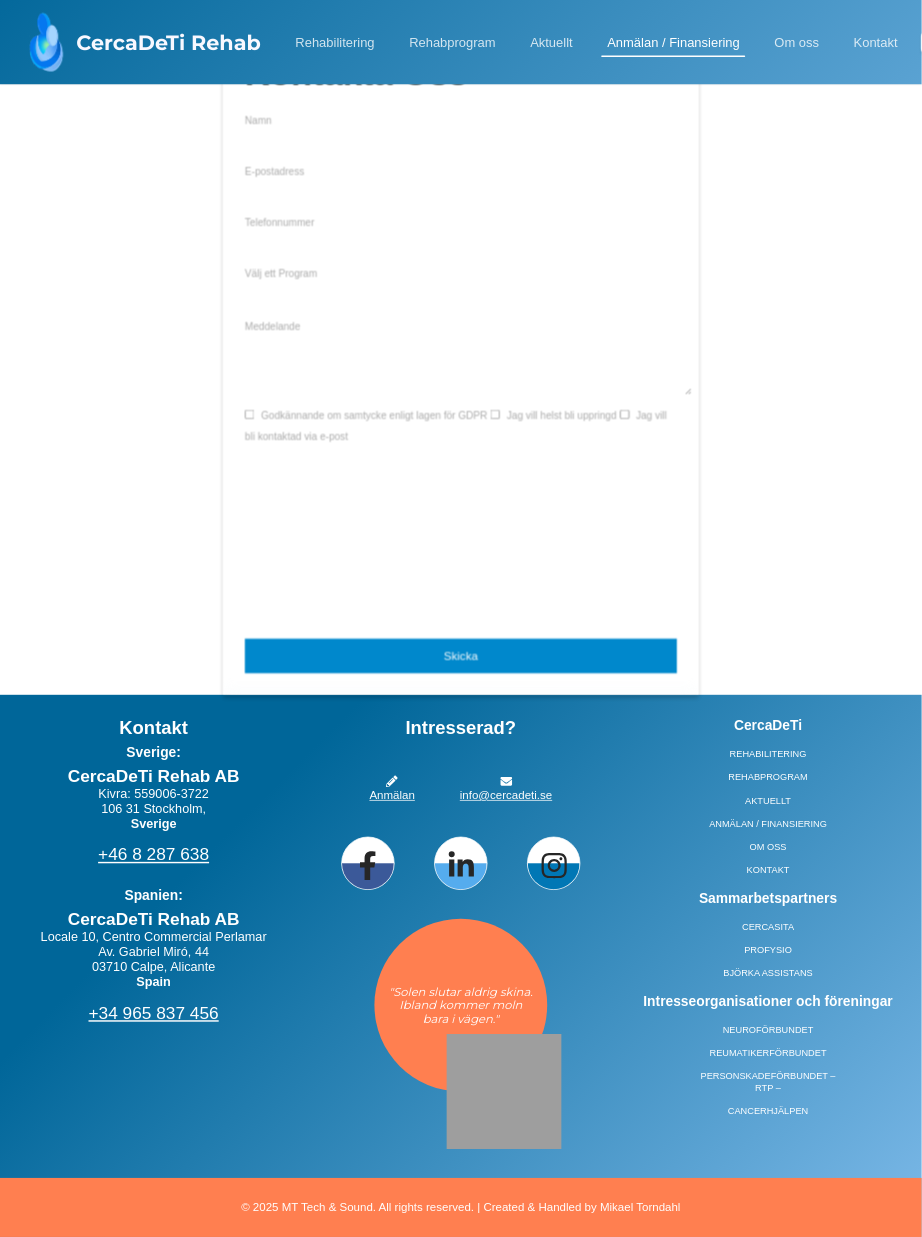
Repository: micketorndahl/CercaDeTi-rehab
Page: anmalan-form.html
The author's editor kept a copy of each file at every save. The page is drawn from the files as they stood at one save, then again after a run of saves.
The browser window is 1280 px wide. The pictures show the whole page, at 72% of full size.
Pictures or frames that could not be fetched are drawn as grey boxes. The page's requests for data from a server got no answer. Some web fonts or font styles are not loaded; a fallback is used. Some web libraries are served in a nearby version.

Above is the page before, as saved 2025-02-01 18:27:15.
Console error: TypeError: Cannot read properties of null (reading 'addEventListener')

### anmalan-form.html
<!DOCTYPE html>
<html lang="en">
  <head>
    <meta charset="UTF-8" />
    <meta name="viewport" content="width=device-width, initial-scale=1.0" />

    <link
      rel="stylesheet"
      href="https://use.fontawesome.com/releases/v5.6.3/css/all.css"
      integrity="sha384-UHRtZLI+pbxtHCWp1t77Bi1L4ZtiqrqD80Kn4Z8NTSRyMA2Fd33n5dQ8lWUE00s/"
      crossorigin="anonymous"
    />

    <script src="https://cdnjs.cloudflare.com/ajax/libs/font-awesome/5.15.4/js/all.min.js"></script>

    <link rel="stylesheet" href="style.css" />
    <link rel="stylesheet" href="tailwind.css" />
    <title>CercaDeTi Rehab</title>
  </head>
  <body>
    <div class="site-container">
      <header class="header">
        <div class="logo-wrapper">
          <div class="logo">
            <div class="logo-and-text">
              <a href="index.html">
                <img src="/images/cropped-CDTR.gif" alt="Logo" />
                <h1 class="cercadeti">CercaDeTi Rehab</h1>
              </a>
            </div>
          </div>
        </div>

        <nav class="main-nav">
          <div class="nav-container">
            <ul>
              <li>
                <a href="rehabilitering.html">Rehabilitering</a>
              </li>
              <li><a href="rehabprogram.html">Rehabprogram</a></li>
              <li><a href="aktuellt.html">Aktuellt</a></li>
              <li>
                <a href="anmalan-finans.html" class="active"
                  >Anmälan / Finansiering</a
                >
              </li>
              <li><a href="om-oss.html">Om oss</a></li>
              <li><a href="kontakt.html">Kontakt</a></li>
            </ul>
          </div>
        </nav>

        <div class="social-container">
          <div class="social">
            <ul>
              <li>
                <a href="https://www.facebook.com/CercadetiRehab/"
                  ><i class="fab fa-facebook-f icon"></i
                ></a>
              </li>
              <li>
                <a href="https://www.linkedin.com/company/cercadeti-rehab-ab"
                  ><i class="fab fa-linkedin-in icon"></i
                ></a>
              </li>
              <li>
                <a href="https://www.instagram.com/cercadetirehab/"
                  ><i class="fab fa-instagram icon"></i
                ></a>
              </li>
            </ul>
          </div>
        </div>
      </header>

      <div class="content">
        <div class="form-container">
          <form class="contact-form">
            <h2>Kontakta Oss</h2>

            <label for="name">Namn</label>
            <input type="text" id="name" name="name" required />

            <label for="email">E-postadress</label>
            <input type="email" id="email" name="email" required />

            <label for="phone">Telefonnummer</label>
            <input type="tel" id="phone" name="phone" required />

            <label for="program">Välj ett Program</label>
            <select id="program" name="program" required>
              <option value="neurorehab">Neurorehab</option>
              <option value="reumarehab">Reumarehab</option>
              <option value="cancerrehab">Cancerrehab</option>
              <option value="stressrehab">Stressrehab</option>
              <option value="närståendeprogram">Närståendeprogram</option>
            </select>

            <label for="message">Meddelande</label>
            <textarea id="message" name="message" rows="4" required></textarea>

            <div class="checkbox-container">
              <input type="checkbox" id="gdpr" name="gdpr" required />
              <label for="gdpr"
                >Godkännande om samtycke enligt lagen för GDPR</label
              >

              <input type="checkbox" id="call" name="call" />
              <label for="call">Jag vill helst bli uppringd</label>

              <input type="checkbox" id="emailContact" name="emailContact" />
              <label for="emailContact"
                >Jag vill bli kontaktad via e-post</label
              >
            </div>

            <p class="info-text">
              Du är alltid välkommen att kontakta oss. Dina uppgifter hanteras
              enligt vår Integritetspolicy och samtycke enligt GDPR när du
              sänder information till oss.
            </p>

            <button type="submit" class="submit-btn">Skicka</button>
          </form>
        </div>
      </div>

      <!-- FOOTER START -->
      <footer class="footer-container">
        <div class="footer-top">
          <div class="footarea1 footer-shared">
            <h3>Kontakt</h3>

            <address class="address-shared address-se">
              <h5>Sverige:</h5>
              <strong
                ><span class="address-company-name"
                  >CercaDeTi Rehab AB</span
                ></strong
              ><br />
              <span class="address-location">Kivra: 559006-3722</span><br />
              <span class="address-city">106 31 Stockholm,</span><br />
              <span class="address-country"
                ><strong>Sverige</strong><br
              /></span>
              <br />
              <span class="telephone"
                ><a href="tel:+468287638">+46 8 287 638</a></span
              >
            </address>

            <div class="address-shared address-es">
              <address>
                <h5>Spanien:</h5>
                <strong
                  ><span class="address-company-name"
                    >CercaDeTi Rehab AB</span
                  > </strong
                ><br />
                <span class="address-location"
                  >Locale 10, Centro Commercial Perlamar</span
                ><br />
                <span class="address-street">Av. Gabriel Miró, 44</span><br />
                <span class="address-city">03710 Calpe, Alicante<br /></span>
                <span class="address-country"
                  ><strong>Spain</strong><br
                /></span>
                <br />
                <span class="telephone"
                  ><a href="tel:+34965837456">+34 965 837 456</a></span
                >
              </address>
            </div>
          </div>
          <div class="footarea2 footer-shared">
            <h3>Intresserad?</h3>
            <div class="footarea2-links">
              <a href=""><i class="fas fa-pencil-alt"></i> Anmälan</a>
              <a href="mailto:info@cercadeti.se"
                ><i class="fas fa-envelope"></i> info@cercadeti.se</a
              >
            </div>
            <div class="social-footer">
              <ul>
                <li>
                  <a href="https://www.facebook.com/CercadetiRehab/">
                    <i class="fab fa-facebook-f icon"></i>
                  </a>
                </li>

                <li>
                  <a href="https://www.linkedin.com/company/cercadeti-rehab-ab"
                    ><i class="fab fa-linkedin-in icon"></i
                  ></a>
                </li>
                <li>
                  <a href="https://www.instagram.com/cercadetirehab/"
                    ><i class="fab fa-instagram icon"></i
                  ></a>
                </li>
              </ul>
            </div>
            <div class="image-container-footer">
              <div class="image-wrapper">
                <p class="footer-quote">
                  "Solen slutar aldrig skina. Ibland kommer moln bara i vägen."
                </p>
                <img src="images/weelchair.icon.png" alt="wheelchair-icon" />
              </div>
            </div>
          </div>
          <div class="footarea3 footer-shared">
            <nav class="footer-nav">
              <div class="link-column1">
                <h4>CercaDeTi</h4>
                <ul>
                  <li><a href="rehabilitering.html">Rehabilitering</a></li>
                  <li><a href="rehabprogram.html">Rehabprogram</a></li>
                  <li><a href="aktuellt.html">Aktuellt</a></li>
                  <li>
                    <a href="anmalan-finans.html">Anmälan / Finansiering</a>
                  </li>
                  <li><a href="om-oss.html">Om oss</a></li>
                  <li><a href="kontakt.html">Kontakt</a></li>
                </ul>
              </div>

              <div class="link-column2">
                <h4>Sammarbetspartners</h4>
                <ul>
                  <li><a href="https://cercasita.com/">Cercasita</a></li>
                  <li><a href="https://profysio.es/">ProFysio</a></li>
                  <li>
                    <a href="https://www.bjorka-assistans.se/"
                      >Björka Assistans</a
                    >
                  </li>
                </ul>
              </div>

              <div class="link-column3">
                <h4>Intresseorganisationer och föreningar</h4>
                <ul>
                  <li><a href="https://neuro.se/">Neuroförbundet</a></li>
                  <li>
                    <a href="https://reumatiker.se/">Reumatikerförbundet</a>
                  </li>
                  <li>
                    <a href="https://rtp.se/">Personskadeförbundet – RTP – </a>
                  </li>
                  <li>
                    <a href="http://www.cancerhjalpen.se/">Cancerhjälpen</a>
                  </li>
                </ul>
              </div>
            </nav>
          </div>
        </div>
        <div class="footer-bottom">
          <div class="copyright">
            &copy; 2025 MT Tech &amp; Sound. All rights reserved. | Created
            &amp; Handled by Mikael Torndahl
          </div>
          <div class="additional-info"></div>
        </div>
      </footer>
      <!-- FOOTER END -->
    </div>
    <!-- SCRIPT SRCS -->
    <script src="js/script.js"></script>
    <script src="js/weather-api.js"></script>
  </body>
</html>

### style.css
@import url("css/reset.css");
@import url("css/standard.css");
@import url("css/variables.css");
@import url("css/typography.css");
@import url("css/layout.css");
@import url("css/navigation.css");
@import url("css/post.css");
@import url("css/footer.css");
@import url("css/searchbox.css");
@import url("css/page-templates.css");
@import url("css/mq-tablet.css");
@import url("css/mq-phone.css");
@import url("css/effects.css");

### css/standard.css
/*
/* STANDARD
*/

html {
  scroll-behavior: smooth;
}

a {
  text-decoration: none;
}

[class*="fa"]:not([class*="fab"]) {
  display: block;
  margin: 0 auto;
  padding: 0.2rem;
}

### css/typography.css
/*
/* HEADLINES
*/

body {
  background-color: var(--white);
  color: var(--gray-paragraph);
  font-style: normal;
}

.content p,
.container-index p {
  font-size: 1.5rem;
  font-weight: 300;
  white-space: pre-wrap;
  text-align: center;
  margin: 0.5rem;
  word-wrap: break-word;
  line-height: 1.5;
}

body,
.content p,
container-index p,
.address-company-name,
address span,
h1,
h2,
h3,
h4,
h5,
h6 {
  font-family: var(--font-secondary), sans-serif;
  margin: 0;
  padding: 0;
}

h1,
h2,
h3,
h4,
h5,
h6 {
  font-weight: bold;
}

h1 {
  font-size: 2rem;
}
h2 {
  font-size: calc(5rem + 1vw);
}

h3 {
  font-size: 1.6rem;
  color: var(--white);
  margin-bottom: 0.5rem;
}
h4 {
  font-size: 1.2rem;
  color: var(--white);
  margin-bottom: 0.5rem;
}
h5 {
  font-size: 1.2rem;
  font-style: normal;
  padding: 0;
}
h6 {
  font-size: 1rem;
}

.banner-content h2 {
  font-family: var(--font-ten), sans-serif;
  font-size: 6rem;
  font-style: bold;
  line-height: 1.2;
  margin-top: 0.5rem;
  color: var(--white);
}

.address-company-name {
  font-size: 1.5rem;
  font-weight: bold;
  font-style: normal;
}

address span {
  font-style: normal;
  font-size: 1.1rem;
  font-weight: 400;
  margin: 0;
  padding: 0;
}

### css/layout.css
/*
/* LAYOUT
*/

.site-container {
  flex: 1;
  display: flex;
  flex-direction: column;
  margin: 0 auto;
  width: 100%;
}

.header {
  background: linear-gradient(
    135deg,
    var(--color-quaternary) 25%,
    var(--color-tertiary) 100%
  );
  background-size: 200% 100%;
  display: flex;
  justify-content: space-between;
  align-items: center;
  margin: 0;
  z-index: 1000;
  width: 100%;
  position: fixed;
  box-shadow: 0 1px 3px rgba(0, 0, 0, 0.1), 0 1px 2px rgba(0, 0, 0, 0.06);
  animation: shineEffect 7s infinite linear;
}

.header > div {
  flex: 1; /* Makes each section take up equal space */
}

.logo-wrapper {
  display: flex;
  flex-direction: row;
  justify-content: center;
  flex-grow: 1;
  flex-shrink: 0;
  position: relative;
  animation: shineEffect 4s ease-in-out infinite;
}

@keyframes shineEffect {
  0% {
    background-position: 0% 50%;
    box-shadow: 0 0 10px var(--background-color-blue);
  }
  50% {
    background-position: 100% 50%;
    box-shadow: 0 0 20px var(--background-color-light-blue);
  }
  100% {
    background-position: 0% 50%;
    box-shadow: 0 0 10px var(--background-color-blue);
  }
}

.logo {
  display: flex;
  flex-direction: row;
  align-items: center;
  padding: 0;
}

.logo img {
  width: 50px;
  height: 85px;
  transition: transform 0.3s ease-in-out, filter 0.3s ease-in-out;
  padding: 0 1rem;
}

.logo img {
  animation: pulse 2.5s infinite;
}

@keyframes pulse {
  0%,
  100% {
    transform: scale(1);
    filter: brightness(1) hue-rotate(0deg) saturate(1);
  }
  50% {
    transform: scale(1.05);
    filter: brightness(1.1) hue-rotate(10deg) saturate(1.3);
  }
}

.logo-and-text {
  display: flex;
  flex-direction: row;
  justify-content: center;
  align-items: center;
  margin: 0;
  padding: 1rem 1.5rem;
}

.logo-and-text a {
  display: flex;
  flex-direction: row;
  align-items: center;
}

h1.cercadeti {
  font-family: var(--font-eight), sans-serif;
  font-size: 1.8rem;
  font-weight: 700;
  color: var(--ghost-white);
  white-space: nowrap;
}

.ctas-container {
  display: flex;
  justify-content: center;
  align-items: center;
}

.button-CTA {
  background-color: var(--color-secondary);
  padding: 1rem 2.6rem;
  border-radius: 3rem;
  box-shadow: rgba(0, 0, 0, 0.1) 0 2px 4px;
  color: #ffffff;
  font-family: Pontano Sans, sans-serif;
  font-size: 1rem;
  font-weight: 500;
  outline: 0;
  text-align: center;
  text-transform: uppercase;
  text-decoration: none;
  margin: 2rem 0.5rem;
  border: 0;
  cursor: pointer;
  transition: all 0.3s ease-in-out;
  position: relative;
  z-index: 1;
  transform-origin: center;
}

/* First button: Transparent effect on hover */
.button-CTA:nth-of-type(1) {
  background-color: var(--color-primary);
}

.button-CTA:nth-of-type(1):hover {
  background-color: rgba(227, 227, 227, 0.1);
  color: white;
  /* Use outline instead of border */
  outline: 1px solid var(--color-primary); /* Or 2px as you prefer */
  outline-offset: -1px; /* Adjust if needed to make outline appear as border */
  box-shadow: rgba(0, 0, 0, 0.2) 0 4px 8px;
  transform: scale(1.05);
}

/* Second button: More vibrant on hover */
.button-CTA:nth-of-type(2) {
  background-color: var(--color-secondary);
}

.button-CTA:nth-of-type(2):hover {
  background-color: #ff5722;
  box-shadow: rgba(0, 0, 0, 0.25) 0 6px 12px;
  /* Scale on hover */
  transform: scale(1.05); /* Adjust scale factor as desired */
}

.button-CTA:active {
  transform: translateY(1px) scale(0.95); /* Scale down slightly on active */
  box-shadow: rgba(0, 0, 0, 0.1) 0 2px 4px;
}

.banner {
  position: relative;
  display: flex;
  flex-direction: column;
  min-height: 100vh;
  background-image: url(../images/banner-index.jpg);
  background-repeat: no-repeat;
  background-size: cover;
  background-attachment: fixed;
  background-position: center top;
  padding-top: 100px;
}

.banner::before {
  content: "";
  position: absolute;
  top: 0;
  left: 0;
  width: 100%;
  height: 60%; /* Only darken the top part */
  background: linear-gradient(to bottom, rgba(0, 0, 0, 0.6), rgba(0, 0, 0, 0));
  z-index: 1;
}

#banner-aktuellt {
  background-image: url(../images/banner-aktuellt.jpg);
}

#banner-anmalan-finans {
  background-image: url(../images/banner-anmalan-finans.jpg);
}

#banner-kontakt {
  background-image: url(../images/rehab10.jpg);
  background-position: center center;
}

#banner-om-oss {
  background-image: url(../images/rehab11.jpg);
  background-position: center center;
}

#banner-rehabilitering {
  background-image: url(../images/banner-rehabilitering.jpg);
}

.banner-content {
  position: relative;
  z-index: 2; /* Ensures the text appears above the dark overlay */
  display: flex;
  flex-direction: column;
  justify-content: space-around;
  align-items: center;
}

.slogan {
  padding: 5rem;
  color: var(--white);
  text-align: center;
}

.content {
  width: 60%;
  margin: 0 auto;
  display: flex;
  align-items: center; /* Vertically center grid items */
  justify-content: center; /* Horizontally align items */
}

.content-3col {
  display: grid;
  grid-template-columns: 1fr 3fr 1fr; /* Left Sidebar - Main Content - Right Sidebar */
  grid-template-rows: auto; /* Allow content to dictate height */
  grid-template-areas: "left main right"; /* Define named grid areas */
}

section.main {
  grid-column:
  display: flex;
  flex-direction: column;
  text-align: center;
  background: var(--white);

}

section.main h2 {
  font-size: 3rem;
  color: var(--text-dark);
}

aside {
  display: flex;
  flex-direction: column;
  justify-content: center;
  align-items: center;
}

aside.sidebar-left {
  grid-column: 1;
  display: flex;
  align-items: center; /* Vertically center content */
  justify-content: center; /* Horizontally center content */
}

aside.sidebar-right {
  grid-column: 3;
  display: flex;
  align-items: center;
  justify-content: center; /* Ensures vertical centering */
}

aside h3 {
  color: var(--text-dark);
}

.form-container {
  background: rgba(255, 255, 255, 0.1);
  backdrop-filter: blur(10px);
  margin-top: 3rem;
  padding: 30px;
  border-radius: var(--border-radius);
  width: 100%;
  max-width: 600px;
  box-shadow: 0 4px 6px rgba(0, 0, 0, 0.2);
  transition: transform 0.3s ease-in-out;
}

.form-container:hover {
  transform: translateY(-10px);
}

label {
  font-size: 14px;
  margin-bottom: 5px;
  color: var(--darkgray);
}

input, select, textarea {
  width: 100%;
  padding: 10px;
  margin-bottom: 15px;
  border: 1px solid rgba(255, 255, 255, 0.3);
  border-radius: var(--border-radius);
  background: rgba(255, 255, 255, 0.1);
  color: var(--white);
  font-size: 14px;
  outline: none;
}

input[type="checkbox"] {
  width: auto;
  margin-right: 5px;
}

textarea {
  resize: vertical;
}

.checkbox-container {
  margin-bottom: 20px;
}

.info-text {
  color: var(--white);
  font-size: 12px;
  margin-bottom: 20px;
}

.submit-btn {
  background-color: var(--color-primary);
  color: var(--white);
  border: none;
  padding: 15px;
  font-size: 16px;
  width: 100%;
  border-radius: var(--border-radius);
  cursor: pointer;
  transition: background-color 0.3s ease;
}

.submit-btn:hover {
  background-color: darken(var(--color-primary), 10%);
}

### css/navigation.css
/* NAV */

.main-nav {
  display: flex;
  justify-content: center;
  align-items: center;
  padding: 0;
  flex-grow: 0;
  flex-shrink: 0;
}

nav.main-nav ul {
  display: flex;
  margin: 0;
  padding: 0;
}

nav.main-nav ul li {
  list-style: none;
  margin: 0 1rem;
}

.main-nav a {
  position: relative;
  display: inline-block;
  padding: 0.5rem;
  text-decoration: none;
  transition: color 0.2s ease-in-out;
}

nav.main-nav ul li a {
  font-family: var(--font-secondary), sans-serif;
  font-size: 18px;
  font-weight: 400;
  line-height: 1rem;
  /* Slightly darker default color */
  color: var(--dullwhite);
  text-decoration: none;
  transition: all 0.4s ease-in-out;
}

nav.main-nav ul li a:hover {
  color: var(--white); /* Brighter on hover */
}

nav.main-nav ul li a.active {
  color: var(--white); /* Brightest when active */
}

nav.main-nav ul li a.active::after {
  content: "";
  position: absolute;
  left: 0;
  bottom: -4px;
  width: 100%;
  height: 1px; /* Adjusted height here */
  background-color: var(--white);
  border-radius: 2px;
  transition: transform 0.3s ease, background-color 0.3s ease;
}

/* Hover underline that grows from the left */
nav.main-nav ul li a::after {
  content: "";
  position: absolute;
  left: 0;
  bottom: -4px;
  width: 0;
  height: 1px;
  background-color: var(--white);
  border-radius: 2px;
  transition: width 0.6s ease, background-color 0.6s ease;
  opacity: 0;
}

nav.main-nav ul li a:hover::after {
  width: 100%;
  opacity: 1;
  height: 1px;
}

/* Active link styles */
nav.main-nav ul li a.active::after {
  width: 100%;
  height: 2px; /* Adjusted height here */
  opacity: 1;
}

.social-container {
  display: flex;
  justify-content: center;
  align-items: center;
  flex-grow: 1;
  flex-shrink: 1;
}

.social ul {
  display: flex;
  justify-content: space-evenly;
  margin: 0;
}

.social li {
  margin: 0.5rem;
}

.ctas-container {
  display: flex; /* Aligns buttons side by side */
  justify-content: center;
  align-items: center;
}

### css/post.css
/*
/* POST */
/*

### css/searchbox.css
/*
/* SEARCHBOX */
/*

### css/mq-tablet.css
/*
/* MQ-TABLET */
/*

### css/mq-phone.css
/*
/* MQ-PHONE*/
/*

Loaded but not shown: tailwind.css (library); js/script.js (117 lines, source omitted); js/weather-api.js (90 lines, source omitted); css/page-templates.css (379 lines, source omitted); css/reset.css (364 lines, source omitted); css/effects.css (235 lines, source omitted); css/variables.css (74 lines, source omitted); css/footer.css (189 lines, source omitted)

After the next 2 saves:
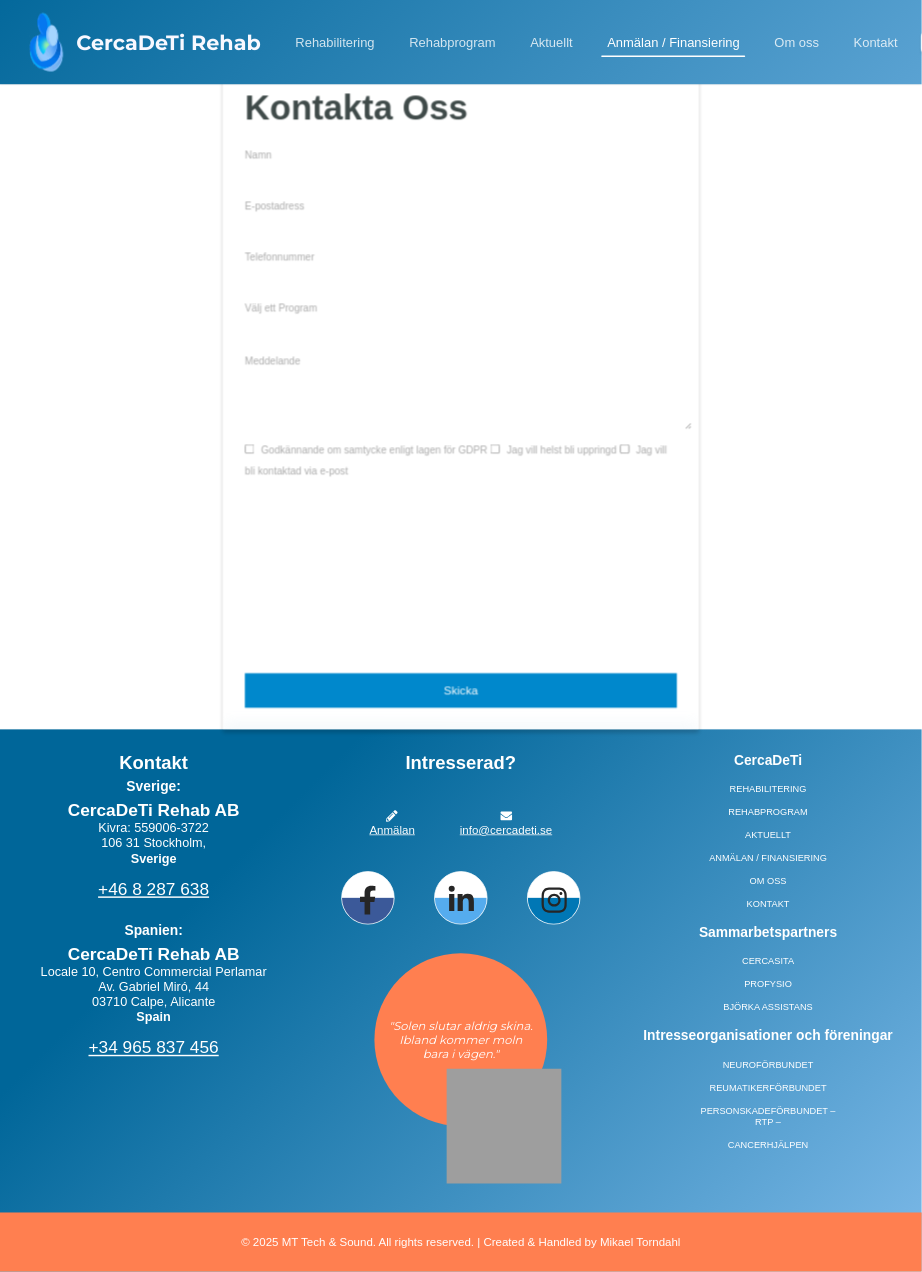
The 2 saves are shown as one change because they came seconds apart.
The last was saved 7 s later.
--- a/css/layout.css
+++ b/css/layout.css
@@ -288,7 +288,7 @@
 .form-container {
   background: rgba(255, 255, 255, 0.1);
   backdrop-filter: blur(10px);
-  margin-top: 3rem;
+  margin-top: 6rem;
   padding: 30px;
   border-radius: var(--border-radius);
   width: 100%;
